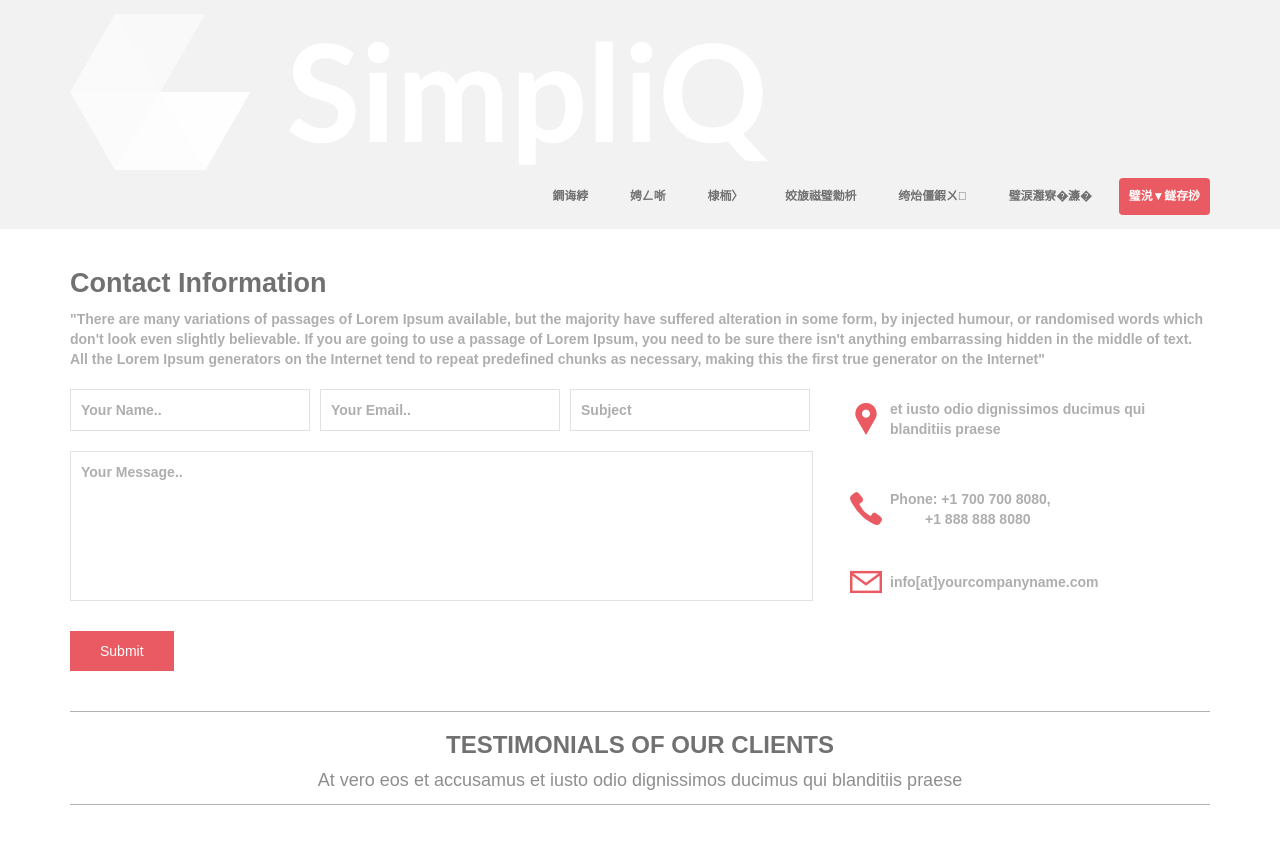
Repository: ld851/jyxt
Page: http://localhost/contact
These files come from the project's save history. The page is drawn as it stood at one moment and after the next save; the edit follows.
The browser window is 1280 px wide. The pictures show the part of the page from y = 0 to 845 px (the page is 1290 px tall).
Pictures or frames that could not be fetched are drawn as grey boxes. The page is this project's Thymeleaf template; nobody is signed in. The template is opened directly, without the code that normally fills it, so the values that code supplies are empty.

Above is the page before, as saved 2018-08-07 09:20:31.

### webclient/src/main/resources/templates/contact.html
<!DOCTYPE HTML>
<html>
<head>
<title>Contact</title>
<!-- Bootstrap link -->
<link href="css/bootstrap.css" rel="stylesheet" type="text/css" media="all" />
<!-- Bootstrap link  end-->
<!-- CSS stylesheet -->
<link href="css/style.css" rel="stylesheet" type="text/css" media="all" />
<link rel="stylesheet" href="css/flexslider.css" type="text/css" media="all" />
<!-- CSS stylesheet end-->
 <!-- Custom Theme files -->
<meta name="viewport" content="width=device-width, initial-scale=1">
<script type="application/x-javascript"> addEventListener("load", function() { setTimeout(hideURLbar, 0); }, false); function hideURLbar(){ window.scrollTo(0,1); } </script>
</script>
<!-- Google fonts ends -->
<script src="js/jquery.min.js"></script>
</head>
<body>
		<!-- Header starts here -->
			<div class="header">
				<div class="container">
					<div class="logo">
						<a href="index.html"><img src="images/logo.png" /></a>
					</div>
					<div class="menu">
						<a class="toggleMenu" href="#"><img src="images/nav_icon.png" alt="" /> </a>
								<ul class="nav" id="nav">
									<li ><a href="login.html" class="scroll">鐧诲綍</a></li>
									<li ><a href="res.html" class="scroll">娉ㄥ唽</a></li>
								  <li ><a href="index.html" class="scroll">棣栭〉</a></li>
									<li><a href="about.html" class="scroll">姣旇禌璧勬枡</a></li>
									<li><a href="portfolio.html" class="scroll">绔炲僵鍜ㄨ</a></li>
									<li ><a href="services.html" class="scroll">璧涙灉寮�濂�</a></li>
									<li class="current"><a href="contact.html" class="scroll">璧涚▼鐩存挱</a></li>
								</ul>
					</div>
				</div>
			</div>
		<!-- Header ends here -->
		<!-- Features starts here -->
	    <div class="container">
			<div class="contact">
				<h3> Contact Information</h3>
				<p>"There are many variations of passages of Lorem Ipsum available, but the majority have suffered alteration in some form, by injected humour, or randomised words which don't look even slightly believable. If you are going to use a passage of Lorem Ipsum, you need to be sure there isn't anything embarrassing hidden in the middle of text. All the Lorem Ipsum generators on the Internet tend to repeat predefined chunks as necessary, making this the first true generator on the Internet"</p>
				<div class="row">
					<div class="col-md-8 contact-column">
						 <form >
					<div class="contact-to">
                     	<input type="text" class="text" value="Your Name.." onfocus="this.value = '';" onblur="if (this.value == '') {this.value = 'Your Name..';}">
					 	<input type="text" class="text" value="Your Email.." onfocus="this.value = '';" onblur="if (this.value == '') {this.value = 'Your Email..';}" style="margin-left: 10px">
					 	<input type="text" class="text" value="Subject" onfocus="this.value = '';" onblur="if (this.value == '') {this.value = 'Subject';}" style="margin-left: 10px">

					</div>
					<div class="text2">
	                   <textarea value="Message:" onfocus="this.value = '';" onblur="if (this.value == '') {this.value = 'Your Message..';}">Your Message..</textarea>
	                </div>
	                <div class="contact_btn">
	               		<input name="submit" type="submit" id="submit" value="Submit">
	                </div>
	                <div class="clearfix"> </div>
	               </form>

					</div>
					<div class="col-md-4  contact-column">
						<p class="add">et iusto odio dignissimos ducimus qui blanditiis praese</p>
						<p class="ph">Phone: +1 700 700 8080,<br>&nbsp;&nbsp;&nbsp;&nbsp;&nbsp;&nbsp;&nbsp;&nbsp;&nbsp;+1 888 888 8080 </p>
						<p class="mai"><a href="#">info[at]yourcompanyname.com</a></div></p>
					</div>
				</div>
		           <div class="testimonals">
						<h3>testimonials of our clients</h3>
						<p>At vero eos et accusamus et iusto odio dignissimos ducimus qui blanditiis praese</p>
					</div>
					<div class="row testimonals-row">
						<div class="col-md-4 testimonals-row-column">
							<div class="testimonals-details">
								<p class="test"></p>

								<p>"Aenean feugiat blandit velit, posuere icondimentum felis dapibus id. Cum sociis natoque penatibus etion tint coloreo"</p>
							</div>
							<p><span><a href="#">- John Doe</a></span> / Company Name </p>
						</div>
						<div class="col-md-4 testimonals-row-column">
						<div class="testimonals-details">
								<p class="test"></p>
								<p>"Praesent ullamcorper nulla ultrices nibh rutrum, sed dapibus augue ornare esque convallis massa in elit cursus"</p>
							</div>
							<p><span><a href="#">- Amanda Doe</a></span> / Company Name </p>
						</div>
						<div class="col-md-4 testimonals-row-column">
							<div class="testimonals-details">
								<p class="test"></p>
								<p>"Duis ligula purus, molestie nec iaculis et, cursus vel risus. Sed est magna, ultricies sit amet elit et, ullamcorper susc"</p>
							</div>
							<p><span><a href="#">- Peter Doe</a> </span> / Company Name </p>
						</div>
					</div>
			</div>
	    </div>
		<!-- Aboutus ends here -->
		<!-- Footer starts here-->
		<div class="footer">
			<div class="container">
				<div class="row footer-row">
					<div class="col-md-3 footer-row-left">
						<div class="social-media">
							<a href="#"><i class="fa1"> </i></a>
							<a href="#"><i class="fa2"> </i></a>
							<a href="#"><i class="fa3"> </i></a>
							<a href="#"><i class="fa4"> </i></a>
							<a href="#"><i class="fa5"> </i></a>
						</div>
					</div>
					<div class="col-md-3 footer-row-left">
						<div class="email-info">
							<input type="text"size="25px" value="info@companyname.com" onfocus="this.value=''" onblur="this.value='info@companyname.com'" >
						</div>
					</div>
					<div class="col-md-6 footer-row-left">
						<div class="footer-menu">
							<ul>
								<li><a href="index.html">Home</a></li>
								<li><a href="about.html">About</a></li>
								<li><a href="portfolio.html">Portfolio</a></li>
								<li><a href="services.html">Features</a></li>
								<li class="active"><a href="contact.html">Contact</a></li>
							</ul>
						</div>
					</div>
					<div class="clearfix"></div>
				</div>
				 <p class="footer-row-para">Copyright &copy; 2014.Company name All rights reserved.More Templates <a href="http://www.cssmoban.com/" target="_blank" title="妯℃澘涔嬪">妯℃澘涔嬪</a> - Collect from <a href="http://www.cssmoban.com/" title="缃戦〉妯℃澘" target="_blank">缃戦〉妯℃澘</a></p>
			</div>
		</div>
		<!-- Footer ends here-->


</body>
</html>

### webclient/src/main/resources/static/css/flexslider.css
/*
 * jQuery FlexSlider v2.0
 * http://www.woothemes.com/flexslider/
 *
 * Copyright 2012 WooThemes
 * Free to use under the GPLv2 license.
 * http://www.gnu.org/licenses/gpl-2.0.html
 *
 * Contributing author: Tyler Smith (@mbmufffin)
 */

 /* Browser Resets */
.flex-container a:active,
.flexslider a:active,
.flex-container a:focus,
.flexslider a:focus  {outline: none;}
.slides,
.flex-control-nav,
.flex-direction-nav {margin: 0; padding: 0; list-style: none;}

/* FlexSlider Necessary Styles
*********************************/
.flexslider {margin: 0; padding: 0;}
.flexslider .slides > li {display: none; -webkit-backface-visibility: hidden;} /* Hide the slides before the JS is loaded. Avoids image jumping */
.flexslider .slides img {width: 100%; display: block;}
.flex-pauseplay span {text-transform: capitalize;}

/* Clearfix for the .slides element */
.slides:after {content: "."; display: block; clear: both; visibility: hidden; line-height: 0; height: 0;}
html[xmlns] .slides {display: block;}
* html .slides {height: 1%;}

/* No JavaScript Fallback */
/* If you are not using another script, such as Modernizr, make sure you
 * include js that eliminates this class on page load */
.no-js .slides > li:first-child {display: block;}
























/* FlexSlider Default Theme
*********************************/
.flexslider {margin: 0 0 0px; background: none; position: relative;  zoom: 1;}
.flex-viewport {max-height: 2000px; -webkit-transition: all 1s ease; -moz-transition: all 1s ease; transition: all 1s ease;}
.loading .flex-viewport {max-height: 300px;}
.flexslider .slides {}

.carousel li {margin-right: 5px}


/* Direction Nav */
.flex-direction-nav {*height: 0;}
.flex-direction-nav a {
	width:91px;
	height:120px;
	margin: -20px 0 0;
	display: block;
	background: url(../images/p-but.png) no-repeat 0 0;
	position: absolute;
	top:40%; z-index: 10;
	cursor: pointer;
	text-indent: -9999px;
	opacity: 0; -webkit-transition: all .3s ease;
}
.flex-direction-nav .flex-next {background-position: 100% 0; right: -36px; }
.flex-direction-nav .flex-prev {left: -36px;}
.flexslider:hover .flex-next {opacity: 0.8; right: 5px;}
.flexslider:hover .flex-prev {opacity: 0.8; left: 5px;}
.flexslider:hover .flex-next:hover, .flexslider:hover .flex-prev:hover {opacity: 1;}
.flex-direction-nav .flex-disabled {opacity: .3!important; filter:alpha(opacity=30); cursor: default;}

/* Control Nav */
.flex-control-nav {width: 100%; position: absolute; bottom: -40px; text-align: center;}
.flex-control-nav li {margin: 0 6px; display: inline-block; zoom: 1; *display: inline;}
.flex-control-paging li a {width:0px; height:0px; display: block; background: #666; background: rgba(0,0,0,0.5); cursor: pointer; text-indent: -9999px; -webkit-border-radius: 20px; -moz-border-radius: 20px; -o-border-radius: 20px; border-radius: 20px; box-shadow: inset 0 0 3px rgba(0,0,0,0.3);}
.flex-control-paging li a:hover { background: #333; background: rgba(0,0,0,0.7); }
.flex-control-paging li a.flex-active { background: #000; background: rgba(0,0,0,0.9); cursor: default; }


.flex-control-thumbs {margin: 5px 0 0; position: static; overflow: hidden;}
.flex-control-thumbs li {width: 25%; float: left; margin: 0;}
.flex-control-thumbs img {width: 100%; display: block; opacity: .7; cursor: pointer;}
.flex-control-thumbs img:hover {opacity: 1;}
.flex-control-thumbs .flex-active {opacity: 1; cursor: default;}

@media screen and (max-width: 860px) {
  .flex-direction-nav .flex-prev {opacity: 1; left: 0;}
  .flex-direction-nav .flex-next {opacity: 1; right: 0;}
}
@media screen and (max-width: 480px){
	.flex-direction-nav .flex-next {
			top: 35px;
	}
	.flex-direction-nav .flex-prev {
			top: 35px;
	}
}

@media screen and (max-width: 320px){
	.flex-direction-nav .flex-next {
			top: 8px;
	}
	.flex-direction-nav .flex-prev {
			top: 8px;
	}
}







/* Media Queries
***********************/
@media screen and (max-width: 960px) {
  #container {padding: 35px;}
  header {width: 380px;}
  #main {}
}
@media screen and (max-width: 768px) {
  #container {padding: 20px 30px;}
  header {width: 100%; float: none; text-align: center;}
  header h1 {margin: 0 auto 10px;}
  header .button,
  header nav {display: none;}
  #main {margin-left: 0;}
}
@media screen and (max-width: 500px) {
  header h1 {width: 246px;  }
}

Loaded but not shown: webclient/src/main/resources/static/css/bootstrap.css (library); webclient/src/main/resources/static/js/jquery.min.js (library); webclient/src/main/resources/static/css/style.css (1209 lines, source omitted)

After the next save:
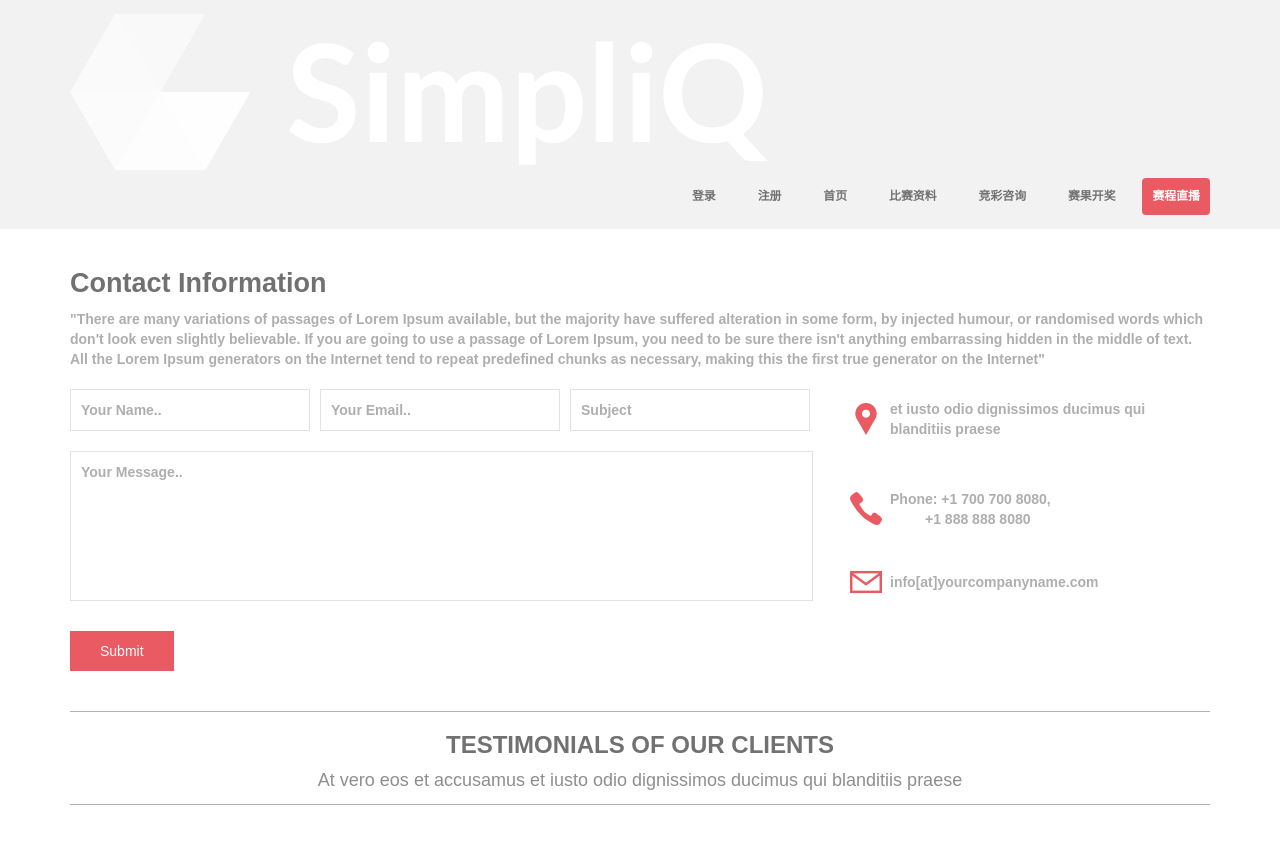
Saved 40 s later.
--- a/webclient/src/main/resources/templates/contact.html
+++ b/webclient/src/main/resources/templates/contact.html
@@ -26,13 +26,13 @@
 					<div class="menu">
 						<a class="toggleMenu" href="#"><img src="images/nav_icon.png" alt="" /> </a>
 								<ul class="nav" id="nav">
-									<li ><a href="login.html" class="scroll">鐧诲綍</a></li>
-									<li ><a href="res.html" class="scroll">娉ㄥ唽</a></li>
-								  <li ><a href="index.html" class="scroll">棣栭〉</a></li>
-									<li><a href="about.html" class="scroll">姣旇禌璧勬枡</a></li>
-									<li><a href="portfolio.html" class="scroll">绔炲僵鍜ㄨ</a></li>
-									<li ><a href="services.html" class="scroll">璧涙灉寮�濂�</a></li>
-									<li class="current"><a href="contact.html" class="scroll">璧涚▼鐩存挱</a></li>
+									<li ><a href="login.html" class="scroll">登录</a></li>
+									<li ><a href="res.html" class="scroll">注册</a></li>
+								  <li ><a href="index.html" class="scroll">首页</a></li>
+									<li><a href="about.html" class="scroll">比赛资料</a></li>
+									<li><a href="portfolio.html" class="scroll">竞彩咨询</a></li>
+									<li ><a href="services.html" class="scroll">赛果开奖</a></li>
+									<li class="current"><a href="contact.html" class="scroll">赛程直播</a></li>
 								</ul>
 					</div>
 				</div>
@@ -130,7 +130,7 @@
 					</div>
 					<div class="clearfix"></div>
 				</div>
-				 <p class="footer-row-para">Copyright &copy; 2014.Company name All rights reserved.More Templates <a href="http://www.cssmoban.com/" target="_blank" title="妯℃澘涔嬪">妯℃澘涔嬪</a> - Collect from <a href="http://www.cssmoban.com/" title="缃戦〉妯℃澘" target="_blank">缃戦〉妯℃澘</a></p>
+				 <p class="footer-row-para">Copyright &copy; 2014.Company name All rights reserved.More Templates <a href="http://www.cssmoban.com/" target="_blank" title="模板之家">模板之家</a> - Collect from <a href="http://www.cssmoban.com/" title="网页模板" target="_blank">网页模板</a></p>
 			</div>
 		</div>
 		<!-- Footer ends here-->
